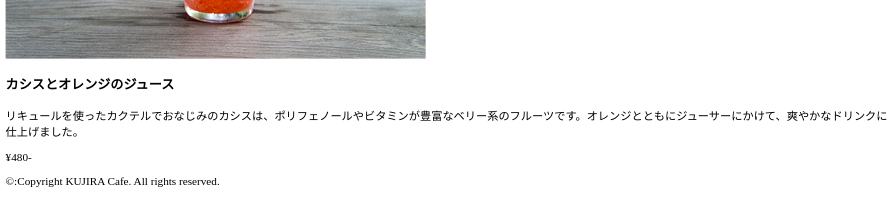
Repository: U-dias/work3
Page: cafe/menu.html
The author's editor kept a record of every edit. The page is drawn from the files as they stood at one moment, then again after the next edit.
The browser window is 1280 px wide. The pictures show the part of the page from y = 604 to 2524 px (the page is 888 px tall before and 2587 px after), at 70% of full size.

Above is the page before.

After the next edit:
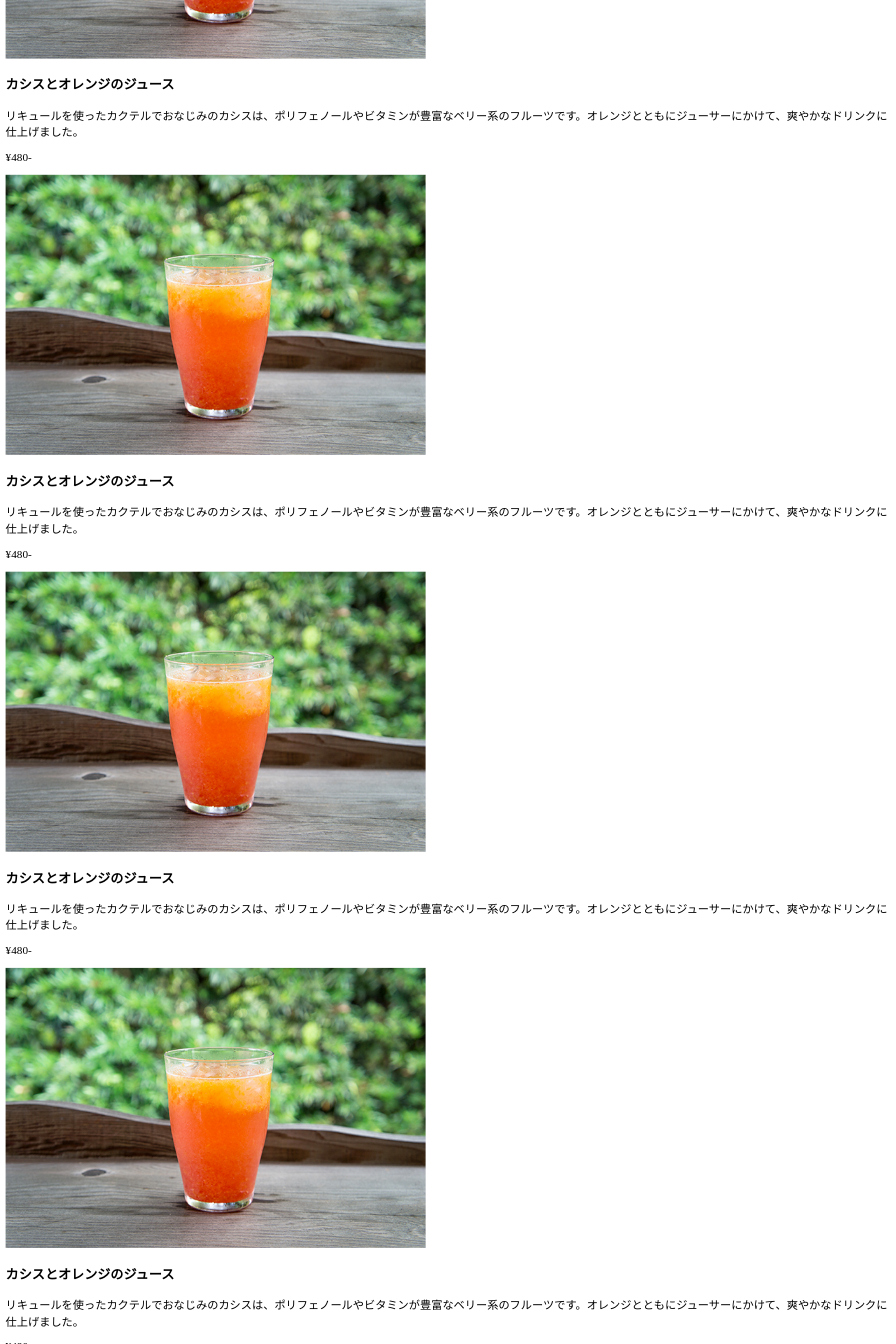
The edit:
--- a/cafe/menu.html
+++ b/cafe/menu.html
@@ -38,6 +38,42 @@
               </div>
             </div>
 
+            <div class="menu-item">
+              <div class="menu-photo">
+                <img src="images/menu-photo1.jpg" alt="">
+              </div>
+              <div class="menu-text">
+                <h3>カシスとオレンジのジュース</h3>
+                <p>リキュールを使ったカクテルでおなじみのカシスは、ポリフェノールやビタミンが豊富なベリー系のフルーツです。オレンジとともにジューサーにかけて、爽やかなドリンクに仕上げました。</p>
+                <p>&yen;480-</p>
+
+              </div>
+            </div>
+
+            <div class="menu-item">
+              <div class="menu-photo">
+                <img src="images/menu-photo1.jpg" alt="">
+              </div>
+              <div class="menu-text">
+                <h3>カシスとオレンジのジュース</h3>
+                <p>リキュールを使ったカクテルでおなじみのカシスは、ポリフェノールやビタミンが豊富なベリー系のフルーツです。オレンジとともにジューサーにかけて、爽やかなドリンクに仕上げました。</p>
+                <p>&yen;480-</p>
+
+              </div>
+            </div>
+
+            <div class="menu-item">
+              <div class="menu-photo">
+                <img src="images/menu-photo1.jpg" alt="">
+              </div>
+              <div class="menu-text">
+                <h3>カシスとオレンジのジュース</h3>
+                <p>リキュールを使ったカクテルでおなじみのカシスは、ポリフェノールやビタミンが豊富なベリー系のフルーツです。オレンジとともにジューサーにかけて、爽やかなドリンクに仕上げました。</p>
+                <p>&yen;480-</p>
+
+              </div>
+            </div>
+
           </div>
 
       </main>
